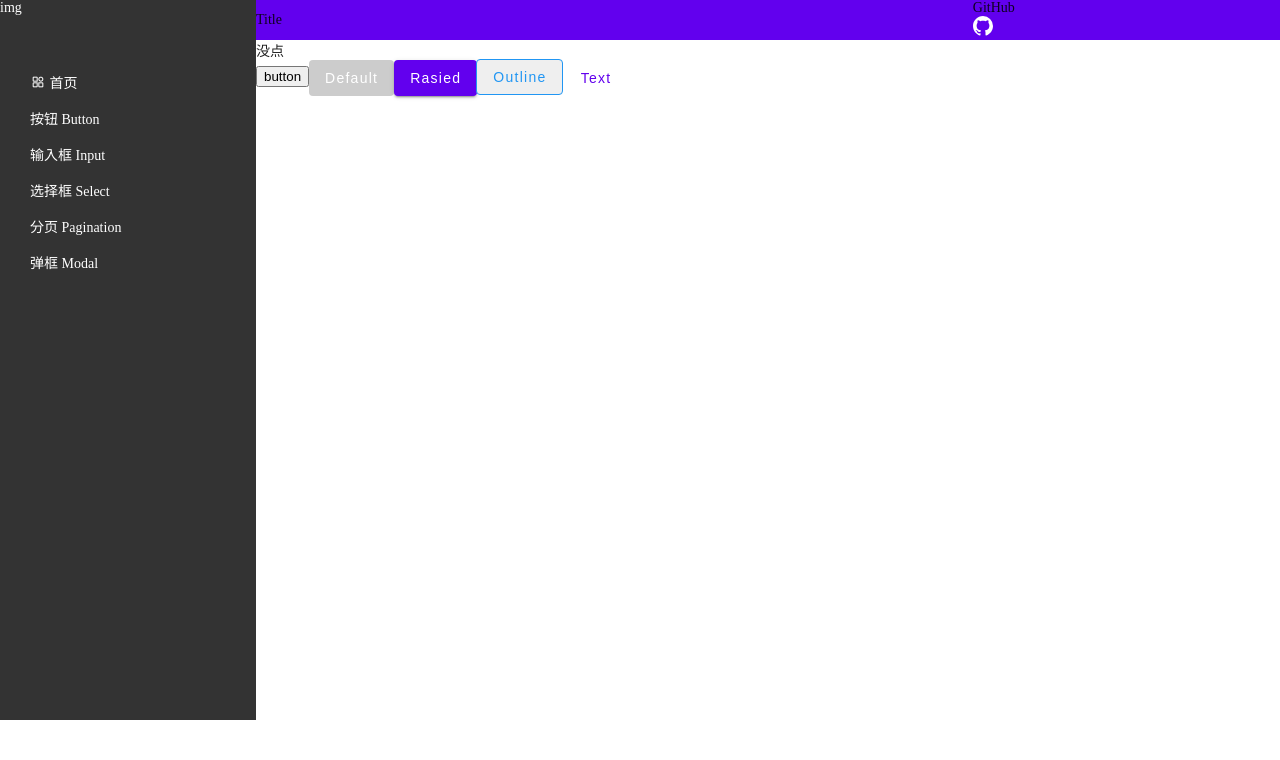
Repository: wyhsunflower/koalaUI
Page: /
The author's editor kept a copy of each file at every save. The page is drawn from the files as they stood at one save, then again after the next save.
The browser window is 1280 px wide. The pictures show the whole page.
The project was rebuilt for these pictures with package versions that can differ from the ones it lists, and the page was loaded fresh each time. Also part of the build but not shown: webpack.config.js, src/components/Modal/Modal.vue. Imported but missing from the stored project, and not drawn on this page: src/views/go/go2.vue.

Above is the page before, as saved 2020-03-15 21:27:42.

After the next save:
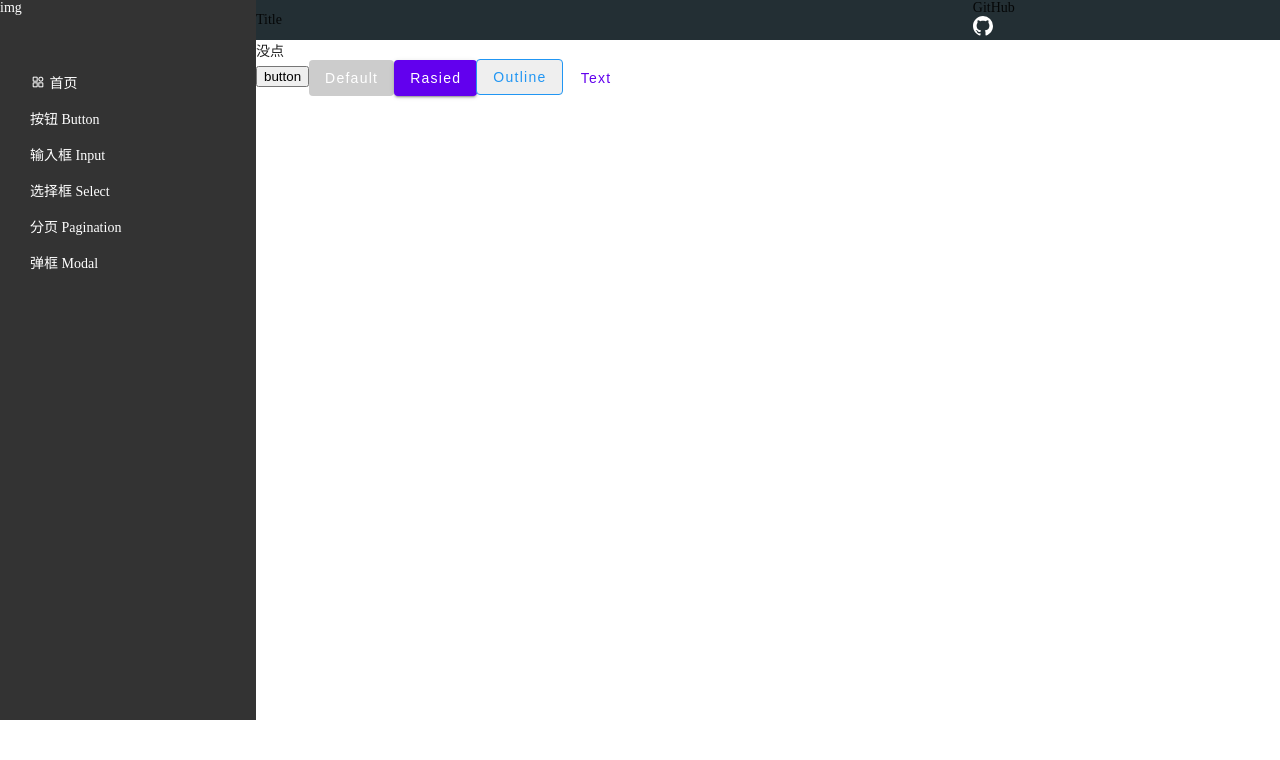
Saved 6 min 59 s later.
--- a/src/Header.vue
+++ b/src/Header.vue
@@ -22,7 +22,7 @@
         display: flex;
         justify-content: space-between;
         align-items: center;
-        background-color:#6200ee;
+        background-color:#232f34;
     }
     .title{
         width: 60%;

After the save that followed:
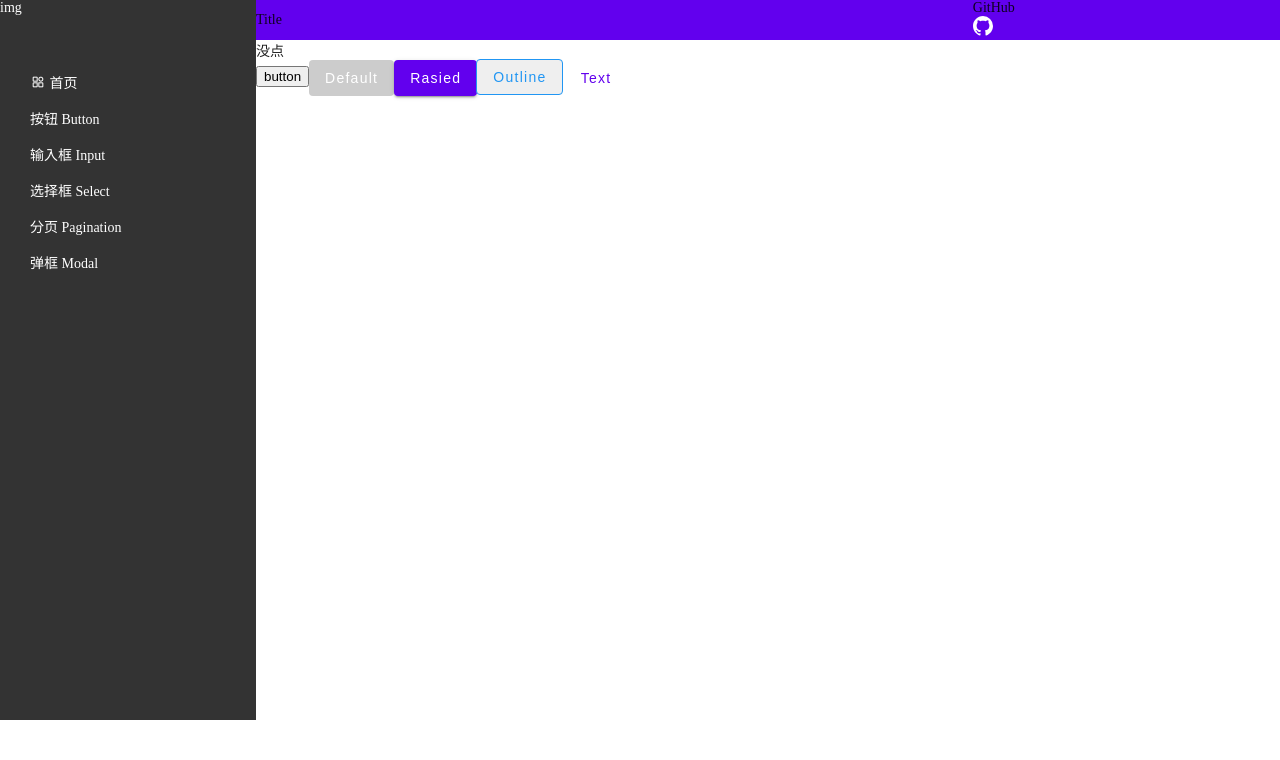
Saved 9 s later.
--- a/src/Header.vue
+++ b/src/Header.vue
@@ -22,7 +22,7 @@
         display: flex;
         justify-content: space-between;
         align-items: center;
-        background-color:#232f34;
+        background-color:#6200ee;
     }
     .title{
         width: 60%;
